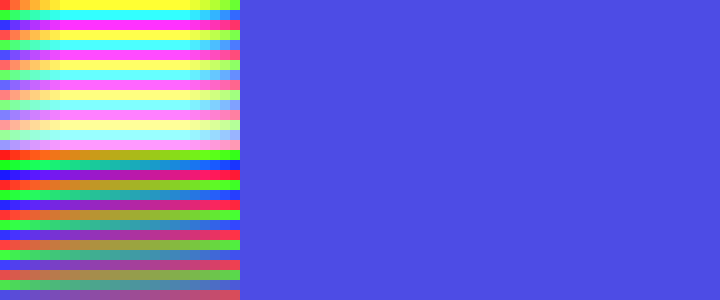
Repository: GitUserG1729/mapf
Script's output: python mapf_visualizer-py/color.py
The author's editor kept a copy of each file at every save. The script's output is drawn from the files as they stood at one save, then again after the next save.
The window is shown after at most 60 frames with no key pressed. Random numbers start from a fixed seed.

Above is the script's output before, as saved 2021-07-19 14:44:33.

After the next save:
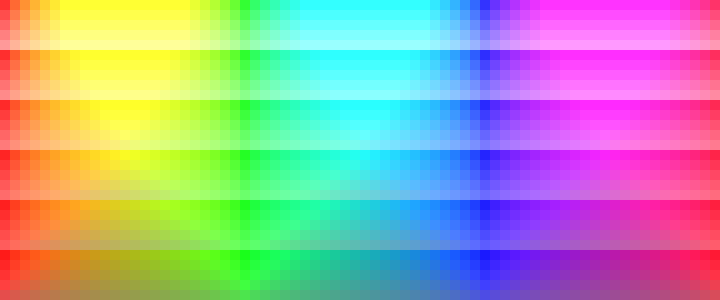
Saved 6 s later.
--- a/mapf_visualizer-py/color.py
+++ b/mapf_visualizer-py/color.py
@@ -101,7 +101,7 @@ def HSI2RGB(H, S ,I):
 
 
 if __name__ == '__main__':
-  grid_len = 24
+  grid_len = 72
   grid_wid = 30
   grid_size = 10
   win_len = grid_len*grid_size
